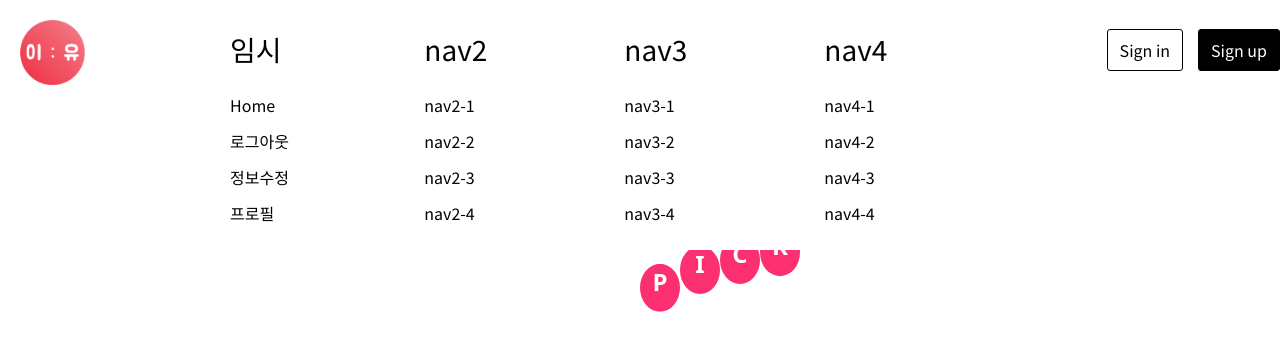
Repository: ryuwc/E_U
Page: /random (app in final-pjt-front/)
The author's editor kept a copy of each file at every save. The page is drawn from the files as they stood at one save, then again after the next save.
The browser window is 1280 px wide. The pictures show the whole page.
The page's requests for data from a server got no answer. Some web libraries are served in a nearby version. The project was rebuilt for these pictures with package versions that can differ from the ones it lists, and the page was loaded fresh each time. No one was signed in, and anything a server would have sent is missing. Also part of the build but not shown: final-pjt-front/vue.config.js, final-pjt-front/src/components/MoviveCard.vue.

Above is the page before, as saved 2022-11-23 11:23:03.

### final-pjt-front/public/index.html
<!DOCTYPE html>
<html lang="">
  <head>
    <meta charset="utf-8">
    <meta http-equiv="X-UA-Compatible" content="IE=edge">
    <meta name="viewport" content="width=device-width,initial-scale=1.0">
    <link rel="icon" href="<%= BASE_URL %>favicon.ico">
    <title>이:유</title>
    <link href="https://cdn.jsdelivr.net/npm/bootstrap@5.2.0/dist/css/bootstrap.min.css" rel="stylesheet" integrity="sha384-gH2yIJqKdNHPEq0n4Mqa/HGKIhSkIHeL5AyhkYV8i59U5AR6csBvApHHNl/vI1Bx" crossorigin="anonymous">
    <link rel="preconnect" href="https://fonts.googleapis.com">
    <link rel="preconnect" href="https://fonts.gstatic.com" crossorigin>
    <link href="https://fonts.googleapis.com/css2?family=Pacifico&display=swap" rel="stylesheet">

    <!-- 온보딩 -->
    <link rel="preconnect" href="https://fonts.googleapis.com" />
    <link rel="preconnect" href="https://fonts.gstatic.com" crossorigin />
    <link href="https://fonts.googleapis.com/css2?family=Noto+Sans+KR:wght@300;400;500;700&display=swap" rel="stylesheet" />
  </head>
  <body>
    <noscript>
      <strong>We're sorry but <%= htmlWebpackPlugin.options.title %> doesn't work properly without JavaScript enabled. Please enable it to continue.</strong>
    </noscript>
    <div id="app"></div>
    <!-- built files will be auto injected -->
    <script src="https://cdn.jsdelivr.net/npm/bootstrap@5.2.0/dist/js/bootstrap.bundle.min.js" integrity="sha384-A3rJD856KowSb7dwlZdYEkO39Gagi7vIsF0jrRAoQmDKKtQBHUuLZ9AsSv4jD4Xa" crossorigin="anonymous"></script>
    <script src="https://kit.fontawesome.com/703c5975bf.js" crossorigin="anonymous"></script>
  </body>
</html>

### final-pjt-front/src/main.js
import Vue from 'vue'
import App from './App.vue'
import store from './store'
import router from './router'
import './assets/tailwind.css'

Vue.config.productionTip = false

new Vue({
  store,
  router,
  render: h => h(App)
}).$mount('#app')

### final-pjt-front/src/App.vue
<template>
  <div id="app">
    <body>
      <header id="header">
        <div class="header">

          <img src="./image/logo.png"
          style="width: 65px; height: 65px; margin-left: 20px; margin-top: 20px; margin-bottom: 20px;"
          >

          <nav>
            <ul>
              <li>
                <div class="list">
                  <h3 class="nav_text">임시</h3>
                  <div class="hidden_nav_list">
                    <a href="">
                      <router-link  to="/home"><p class="hidden_nav_list_text">Home</p></router-link>
                    </a>
                    <a href="" @click.prevent="logOut">
                      <p class="hidden_nav_list_text">로그아웃</p>
                    </a>
                    <a href="">
                      <router-link to="/edit"><p class="hidden_nav_list_text">정보수정</p></router-link>
                    </a>
                    <a href="">
                      <router-link to="/profile"><p class="hidden_nav_list_text">프로필</p></router-link>
                    </a>
                  </div>
                </div>
              </li>
              <li>
                <div class="list">
                  <h3 class="nav_text">nav2</h3>
                  <div class="hidden_nav_list">
                    <a href="">
                      <p class="hidden_nav_list_text">nav2-1</p>
                    </a>
                    <a href="">
                      <p class="hidden_nav_list_text">nav2-2</p>
                    </a>
                    <a href="">
                      <p class="hidden_nav_list_text">nav2-3</p>
                    </a>
                    <a href="">
                      <p class="hidden_nav_list_text">nav2-4</p>
                    </a>
                  </div>
                </div>
              </li>
              <li>
                <div class="list">
                  <h3 class="nav_text">nav3</h3>
                  <div class="hidden_nav_list">
                    <a href="">
                      <p class="hidden_nav_list_text">nav3-1</p>
                    </a>
                    <a href="">
                      <p class="hidden_nav_list_text">nav3-2</p>
                    </a>
                    <a href="">
                      <p class="hidden_nav_list_text">nav3-3</p>
                    </a>
                    <a href="">
                      <p class="hidden_nav_list_text">nav3-4</p>
                    </a>
                  </div>
                </div>
              </li>
              <li>
                <div class="list">
                  <h3 class="nav_text">nav4</h3>
                  <div class="hidden_nav_list">
                    <a href="">
                      <p class="hidden_nav_list_text">nav4-1</p>
                    </a>
                    <a href="">
                      <p class="hidden_nav_list_text">nav4-2</p>
                    </a>
                    <a href="">
                      <p class="hidden_nav_list_text">nav4-3</p>
                    </a>
                    <a href="">
                      <p class="hidden_nav_list_text">nav4-4</p>
                    </a>
                  </div>
                </div>
              </li>
            </ul>
          </nav>

          <div class="header_button_group">
            <router-link v-if="!isLogin" to="/login"><button class="header_button_signin" style="color: black;">Sign in</button></router-link>
            <router-link v-if="!isLogin" to="/signup"><button class="header_button_signup">Sign up</button></router-link>
          </div>
        </div>
      </header>
    </body>


    <!-- 임시로 사용한 네브바 -->
    <!-- <nav>
      <router-link  to="/home">| Home |</router-link>
      <router-link v-if="!isLogin" to="/signup">| Sign Up |</router-link>
      <router-link v-if="!isLogin" to="/login">Login |</router-link>
      <button v-if="isLogin" @click="logOut">로그아웃 |</button>
      <router-link v-if="isLogin" to="/edit">정보수정</router-link> |
      <router-link v-if="isLogin" to="/profile">Profile |</router-link>
      <router-link to="/practice">연습</router-link> |
    </nav> -->

    <router-view />
  </div>
</template>

<script>
import { mapActions, mapGetters } from 'vuex';

const moviesStore = 'moviesStore';

export default {
  name: 'App',

  data() {
    return {
      header: null,
      logo: null,
      navText: null,
      hiddenNavText: null,
      headerBtnSignin: null,
    };
  },
  methods: {
    ...mapActions('accountsStore', ['logOut']),
    ...mapActions(moviesStore, ['getMovies']),
    ...mapActions(moviesStore, ['getNowMovies']),
    getId: (id) => {
      return document.getElementById(id);
    },
    getClass: (className) => {
      return document.getElementsByClassName(className);
    },
    test() {
      return console.log(this.getId('header'));
    },
    handleHoverHeader() {
      this.header.style.backgroundColor = '#fff';
      this.header.style.height = '250px';
      // if (this.headerBtnSignin) {
      //   this.headerBtnSignin[0].style.color = '#000';
      // }
      // this.logo.src = 'https://e7.pngegg.com/pngimages/941/692/png-clipart-black-small-apple-logo-logo-material-apple-logo.png';
      Object.values(this.navText).map((text) => (text.style.color = '#000'));
      Object.values(this.hiddenNavText).map((text) => {
        text.style.display = 'block';
        text.style.color = '#000';
      });
    },
    handleLeaveHeader() {
      this.header.style.backgroundColor = 'rgba(0,0,0,0)';
      this.header.style.height = '100px';
      // if (this.headerBtnSignin) {
      //   this.headerBtnSignin[0].style.color = '#fff';
      // }
      // this.logo.src = 'https://e7.pngegg.com/pngimages/941/692/png-clipart-black-small-apple-logo-logo-material-apple-logo.png';
      Object.values(this.navText).map((text) => (text.style.color = '#fff'));
      Object.values(this.hiddenNavText).map((text) => {
        text.style.display = 'none';
        text.style.color = '#000';
      });
    },
    main: () => {
      // header = this.getId('header');
    },
  },
  computed: {
    ...mapGetters('accountsStore', ['isLogin']),
    ...mapGetters('accountsStore', ['nickname']),
  },
  created() {
    this.getMovies(), this.getNowMovies();
  },
  mounted() {
    this.header = this.getId('header');
    this.logo = this.getId('logo');
    this.navText = this.getClass('nav_text');
    this.hiddenNavText = this.getClass('hidden_nav_list_text');
    this.headerBtnSignin = this.getClass('header_button_signin');
    // console.log(this.header);
    this.header.addEventListener('mouseover', this.handleHoverHeader);
    this.header.addEventListener('mouseleave', this.handleLeaveHeader);
  },
};
</script>


<style scoped>

body {
  margin: 0;
  padding: 0;
  width: 100%;
  height: 100%;
  background-color: white;
  color: white;
  font-family: 'Noto Sans KR', sans-serif;
}

body::-webkit-scrollbar {
  display: none;
}

h1,
h2,
h3,
h4,
h5,
h6,
ul,
li,
p {
  margin: 0;
  padding: 0;
}

ul {
  display: flex;
  height: 100%;
  list-style-type: none;
  color: inherit;
}

li {
  display: flex;
  justify-content: center;
  align-items: center;
  width: 120px;
  height: 100%;
  text-align: center;
  margin-right: 80px;
}

a {
  text-decoration: none;
  color: inherit;
}

button {
  background-color: #000;
  padding: 8px 12px;
  border: 1px solid #000;
  cursor: pointer;
  border-radius: 3px;
  color: white;
  height: fit-content;
}

button:hover {
  transform: scale(1.05);
}

button:active {
  transform: scale(0.97);
}

header {
  position: absolute;
  top: 0;
  width: 100%;
  /* height: 300px; */
  height: 100px;
  transition: 0.2s ease-in-out;
  z-index: 100;
  background-color: rgba(0, 0, 0, 0);
  overflow: hidden;
}

#header {
  display: flex;
  justify-content: center;
}

.header {
  display: flex;
  justify-content: space-between;
  width: 1280px;
  height: 100px;
}

.header_wrapper {
  display: flex;
  justify-content: space-between;
  /* width: 1280px; */
}

.logo {
  display: flex;
  align-items: center;
  width: 100px;
  height: 100px;
}

.logo img {
  width: 100%;
}

.header_button_group {
  display: flex;
  align-items: center;
  height: 100%;
}

.header_button_signin {
  margin-right: 15px;
  background-color: transparent;
}

.list {
  position: relative;
}

.hidden_nav_list {
  position: absolute;
  top: 60px;
  left: 0;
  width: 120px;
  text-align: left;
}

.hidden_nav_list p {
  margin-bottom: 12px;
  cursor: pointer;
}

.section {
  position: relative;
  width: 100vw;
  height: 100vh;
  transition: all 700ms ease 0s;
}

.section_text {
  position: absolute;
  display: flex;
  justify-content: center;
  width: 100vw;
  z-index: 2;
  top: 150px;
}

.section_header {
  top: 200px;
}

.section_text div {
  width: 1280px;
}

.section_text h2 {
  font-size: 64px;
  text-shadow: 2px 2px 2px #000;
}

.img {
  position: absolute;
  width: 100%;
  height: 100vh;
}

.img img {
  width: 100%;
  height: 100vh;
}

.more_btn {
  top: unset;
  bottom: 100px;
}

.more_btn button {
  width: 200px;
  height: 40px;
  background-color: #eee;
  border: 1px solid #000;
  color: #000;
  border: none;
  box-shadow: 2px 2px 5px rgba(0, 0, 0, 0.5);
}

#section_1_title,
#section_2_title,
#section_3_title,
#section_4_title,
#section_5_title,
#section_6_title {
  opacity: 0;
  transition: 0.5s ease-in-out;
  transition-delay: 0.5s;
  margin-left: 100px;
}

#section_6_btn {
  opacity: 0;
  transition: 0.5s ease-in-out;
  transition-delay: 0.5s;
  transform: translateY(100px);
}

#section_1_title {
  margin-left: 0;
}

.balls {
  width: 10em;
  display: flex;
  flex-flow: row nowrap;
  align-items: center;
  justify-content: space-between;
}

.balls div {
  width: 3em;
  height: 3em;
  border-radius: 50%;
  background-color: #fc2f70;
  transform: translateY(-100%);
  animation: wave 3s ease-in-out alternate infinite;
}

.balls div:nth-of-type(1) {
  animation-delay: -0.4s;
}

.balls div:nth-of-type(2) {
  animation-delay: -0.2s;
}
.balls div:nth-of-type(3) {
  animation-delay: -0.1s;
}

@keyframes wave {
  from {
    transform: translateY(-50%);
  }
  to {
    transform: translateY(50%);
  }
}

</style>

### final-pjt-front/src/store/index.js
import Vue from 'vue'
import Vuex from 'vuex'
import accountsStore from './modules/accountsStore'
import moviesStore from './modules/moviesStore';
import createPersistedState from "vuex-persistedstate";
import VuexPersistence from 'vuex-persistedstate'

Vue.use(Vuex)

const vuexLocal = new VuexPersistence({
  storage: window.localStorage,
  modules: ['accountsStore'],
})

export default new Vuex.Store({
  plugins: [createPersistedState()],

  state: {
  },
  getters: {
  },
  mutations: {
  },
  actions: {
  },
  modules: {
    accountsStore: accountsStore,
    moviesStore: moviesStore,
    plugins: [vuexLocal.plugin],
  }
})

### final-pjt-front/src/router/index.js
import Vue from 'vue'
import VueRouter from 'vue-router'

Vue.use(VueRouter)

const routes = [
  {
    path: '/signup',
    name: 'SignView',
    component: () => import('../views/accounts/SignUpView.vue')
  },
  {
    path: '/login',
    name: 'LoginView',
    component: () => import('../views/accounts/LoginView.vue'),

  //   beforeEnter(to, from, next) {
  //     // 이미 로그인 되어있는 경우
  //     this.$store.getters[accountsStore + "/i"] ? next({ name: "home" }) : next();
  //     to, from, next;
  //     console.log();
  //     // if (localStorage.getItem('token')) {
  //     //   // 메인 페이지로 이동
  //     //   next({ name: 'main' });
  //     // } else {
  //     //   next();
  //     // }
  //   }
  },
  {
    path: '/edit',
    name: 'EditUserView',
    component: () => import('../views/accounts/EditUserView.vue')
  },
  {
    path: '/profile/:id',
    name: 'ProfileView',
    component: () => import('../views/accounts/ProfileView.vue')
  },
  // {
  //   path: '/',
  //   name: 'IntroPageView',
  //   component: () => import('../views/movies/IntroPageView.vue')
  // },
  {
    path: '/home',
    name: 'MovieView',
    component: () => import('../views/movies/MovieView.vue')
  },
  {
    path: '/practice',
    name: 'PracticeView',
    component: () => import('../views/accounts/PracticeView.vue')
  },
  {
    path: '/test',
    name: 'TestView',
    component: () => import('../views/accounts/TestView.vue')
  },
  {
    path: '/choice',
    name: 'ChoiceMovieView',
    component: () => import('../views/accounts/ChoiceMovieView.vue')
  },
  {
    path: '/random',
    name: 'RandomMovieView',
    component: () => import('../views/movies/RandomMovieView.vue')
  },
  {
    path: '/movies/:id',
    name: 'MovieDetailInfoView',
    component: () => import('../views/movies/MovieDetailInfoView.vue')
  },
  {
    path: '/',
    name: 'onBoardingView',
    component: () => import('../views/onBoardingView.vue')
  },
  {
    path: '/test2',
    name: 'TestTwoView',
    component: () => import('../views/TestTwoView.vue')
  },
  {
    path: '/test3',
    name: 'TestThree',
    component: () => import('../views/testThree.vue')
  },
  {
    path: '/maintest',
    name: 'MainTest',
    component: () => import('../views/MainTest.vue')
  },
  {
    path: '*',
    name: 'NotPound404View',
    component: () => import('../views/NotPound404View.vue')
  },
]

const router = new VueRouter({
  mode: 'history',
  base: process.env.BASE_URL,
  routes
})

// 로컬스토리지에서 토큰 가져오기
// console.log(JSON.parse(localStorage.getItem("vuex")).accountsStore.token);


// // 전역 가드
// router.beforeEach((to, from, next) => {
//   // 로그인 되어 있는지 확인 (위의 방법 확인)
//   const isLogin = JSON.parse(localStorage.getItem("vuex")).accountsStore.token ? true : false;
//   // 로그인이 필요한 페이지
//   const authPages = ['EditUserView', 'profile'];
//   // 앞으로 이동할 페이지(to)가 로그인이 필요한 페이지에 속하는지 확인
//   const authRequired = authPages.includes(to.name);
//   // 로그인이 필요한 페이지에 로그인이 되어 있지 않으면 로그인 페이지로 이동
//   if (authRequired && !isLogin) {
//     next('/login');
//     // 로그인이 필요 없는 페이지에 로그인이 되어 있으면 메인 페이지로 이동
//   } else{
//     next();
//   }
// })

export default router

### final-pjt-front/src/store/modules/accountsStore.js
import axios from "axios";
import router from "@/router";

const API_URL = "http://127.0.0.1:8000";

const accountsStore = {
  namespaced: true,
  state: {
    token: "",
    user: {},
    usernames: [],
  },
  getters: {
    authHead: (state) => ({ Authorization: `Token ${state.token}` }),
    user: (state) => state.user,
    username: (state) => state.user.username,
    nickname: (state) => state.user.nickname || state.user.username,
    isLogin: (state) => state.token ? true : false,
    usernames: (state) => state.usernames,

  },
  mutations: {
    SET_TOKEN: (state, token) => ( state.token = token ),
    SET_USER: (state, user) => (state.user = user),
  },
  actions: {
    test() {
      console.log("test");
    },
    getUserInfo({ commit, getters }, username) {
      axios({
        method: "get",
        url: `${API_URL}/accounts/profile/${username}`,
        headers: getters.authHead,
      })
        .then((res) => {
          console.log(res.data);
          commit("SET_USER", res.data);
        })
        .catch((err) => {
          console.log(err);
        });
    },

    signUp({ state }, user) {
      // console.log("sign up");
      // console.log(user);
      let signUpuser = {
        username: user.username,
        nickname: user.nickname,
        password1: user.password1,
        password2: user.password2,
      };
      if (!user.nickname) {
        signUpuser = {
          username: user.username,
          password1: user.password1,
          password2: user.password2,
        };
      }
      // console.log(signUpuser);
      axios({
        method: "post",
        url: "http://127.0.0.1:8000/accounts/signup/",
        data: { ...signUpuser },
      })
        .then((res) => {
          res
          state.usernames.push(user.username);
          router.push({ name: "LoginView" });
        })
        .catch((err) => {
          console.log(err);
        });
    },
    login({ commit, dispatch }, user) {
        // console.log(user);
        axios({
          method: 'post',
          url: `${API_URL}/accounts/login/`,
          data: { ...user },
        })
        .then(res => {
          // console.log(res);
          commit('SET_TOKEN', res.data.key);
          dispatch('getUserInfo', user.username);
        })
        .catch((err) => {
          console.log(err);
        });
      },
      logOut({ commit, getters }) {
        // console.log("logout", getters.authHead);
        axios({
          method: 'post',
          url: `${API_URL}/accounts/logout/`,
          headers: getters.authHead,
        })
        .then(res => {
          console.log(res);
          commit('SET_TOKEN', '');
          commit('SET_USER', {});
        })
        .catch(err => {
          console.log(err);
        })
      },
      editUserInfo({ dispatch, commit, getters }, user) {
        // console.log(user);
        commit
        user
        const userOrigin = getters.user;
        // console.log(userOrigin);
        const userNew = { ...userOrigin, ...user };
        // console.log(userNew);
        // console.log(getters.authHead);
        axios({
          method: 'put',
          url: `${API_URL}/accounts/profile/${getters.username}/`,
          data: { ...userNew },
          headers: getters.authHead,
        })
        .then(res => {
          console.log(res);
          // commit('SET_USER', res.data);
          dispatch('getUserInfo', res.data.username);
        })
      },
      editPassword({ getters }, password) {
        // console.log(password);
        axios({
          method: 'post',
          url: `${API_URL}/accounts/password/change/`,
          headers: getters.authHead,
          data: { ...password },
        })
        .then(() => {
          alert('비밀번호 변경에 성공했습니다.');
        })
        .catch(err => {
          console.log(err);
        })
      },
  }
}

export default accountsStore

### final-pjt-front/src/views/movies/RandomMovieView.vue
<template>
  <div class="random" style="margin-top: 7rem; top: 0;">
    <div id="for_nav"></div>
    <br>
      <div class="text-box"
      style="margin-left: 45vw;"
      >
      <a href="#"
      class="btn btn-white btn-animate"
       style="font-size: larger;"
       @click="goToRandomMovie"
       >랜덤 영화로 이동!</a>
    </div>

    <div class="font-bold text-white balls"
    style="margin-left: 50vw; margin-top: 110px;"
    >
      <div class="text-center fw-bold"><span style="font-size:x-large">P</span></div>
      <div class="text-center fw-bold"><span style="font-size:x-large">I</span></div>
      <div class="text-center fw-bold"><span style="font-size:x-large">C</span></div>
      <div class="text-center fw-bold"><span style="font-size:x-large">K</span></div>
    </div>
    <br>
    <br>
    <br>
    <MoviveCard
    v-if="movie"
    :movie="movie"
    style="margin-left: auto; margin-right: auto;"

    />

  </div>
</template>

<script>
import _ from 'lodash'
import { mapGetters } from 'vuex';
import MoviveCard from '@/components/MoviveCard.vue';


export default {
  name: "RandomMovieView",
  data() {
    return {
      movie: null,
    }
  },
  components:{
    MoviveCard
  },
  computed: {
    ...mapGetters('moviesStore', ['movies']),
    randomMovie() {
      return _.sample(this.movies);
    },
  },
  methods: {
    pickMovie() {

      // console.log(randomMovie.title)
    },
    goToRandomMovie() {
      this.$router.push({ name: "MovieDetailInfoView", params: { id: this.randomMovie.id } });
    },
  },
  mounted() {
    console.log(this.randomMovie)
  },
}

</script>

<style scoped>

#for_nav{
  position: absolute;
    top: 0;
    height: 100px;
    width: 100%;
    background-color: rgba(0, 0, 0, 0.2);
}

.balls {
  width: 10em;
  display: flex;
  flex-flow: row nowrap;
  align-items: center;
  justify-content: space-between;
}

.balls div {
  width: 3em;
  height: 3em;
  border-radius: 50%;
  background-color: #fc2f70;
  transform: translateY(-100%);
  animation: wave 0.8s ease-in-out alternate infinite;
}

.balls div:nth-of-type(1) {
  animation-delay: -0.4s;
}

.balls div:nth-of-type(2) {
  animation-delay: -0.2s;
}
.balls div:nth-of-type(3) {
  animation-delay: -0.1s;
}

@keyframes wave {
  from {
    transform: translateY(-50%);
  }
  to {
    transform: translateY(50%);
  }
}
.text-box{
  margin-left: 0vw;
}


.btn:link,
.btn:visited {
    text-transform: uppercase;
    text-decoration: none;
    padding: 15px 40px;
    display: inline-block;
    border-radius: 100px;
    transition: all .2s;
    position: absolute;
}

.btn:hover {
    transform: translateY(-3px);
    box-shadow: 0 10px 20px rgba(0, 0, 0, 0.2);
}

.btn:active {
    transform: translateY(-1px);
    box-shadow: 0 5px 10px rgba(0, 0, 0, 0.2);
}

.btn-white {
    background-color: #fff;
    color: #777;
}

.btn::after {
    content: "";
    display: inline-block;
    height: 100%;
    width: 100%;
    border-radius: 100px;
    position: absolute;
    top: 0;
    left: 0;
    z-index: -1;
    transition: all .4s;
}

.btn-white::after {
    background-color: #fff;
}

.btn:hover::after {
    transform: scaleX(1.4) scaleY(1.6);
    opacity: 0;
}

.btn-animated {
    animation: moveInBottom 5s ease-out;
    animation-fill-mode: backwards;
}

@keyframes moveInBottom {
    0% {
        opacity: 0;
        transform: translateY(30px);
    }

    100% {
        opacity: 1;
        transform: translateY(0px);
    }
}
</style>

### final-pjt-front/tailwind.config.js
/** @type {import('tailwindcss').Config} */
module.exports = {
  corePlugins: {
    preflight: false,
  },
  content: [
      './src/views/accounts/*.{vue,js,ts,jsx,tsx}',
      './src/views/movies/MovieDetailInfoView.vue',
      './src/views/NotPound404View.vue',
      './src/components/ReviewCandi1.vue',
      './src/views/TestTwoView.vue',
      // './src/components/MoviveCard.vue',
      './src/components/PosterSlider.vue',
      './src/components/MovieClip.vue',
      './src/components/MovieDetailR.vue',
    ],
  theme: {
    extend: {},
  },
  plugins: [],
}

Loaded but not shown: final-pjt-front/src/assets/tailwind.css (common file); final-pjt-front/src/store/modules/moviesStore.js (237 lines, source omitted)

After the next save:
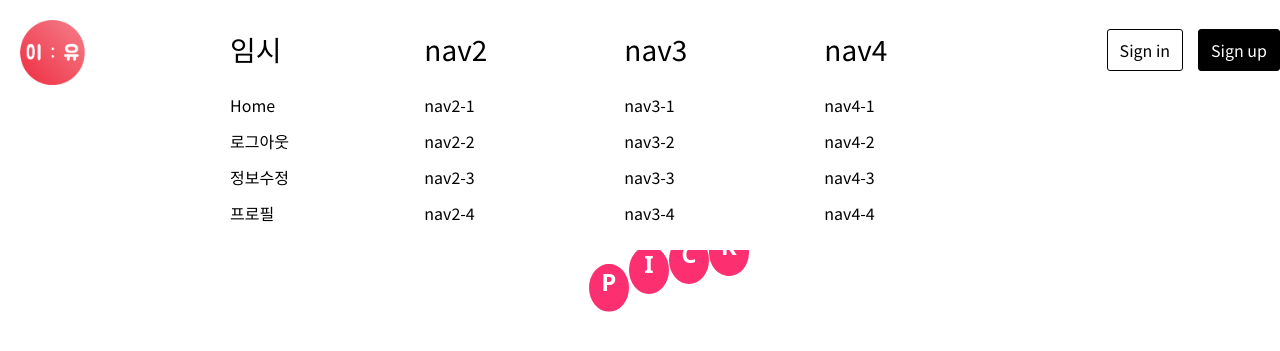
Saved 5 s later.
--- a/final-pjt-front/src/views/movies/RandomMovieView.vue
+++ b/final-pjt-front/src/views/movies/RandomMovieView.vue
@@ -13,7 +13,7 @@
     </div>
 
     <div class="font-bold text-white balls"
-    style="margin-left: 50vw; margin-top: 110px;"
+    style="margin-left: 46vw; margin-top: 110px;"
     >
       <div class="text-center fw-bold"><span style="font-size:x-large">P</span></div>
       <div class="text-center fw-bold"><span style="font-size:x-large">I</span></div>
